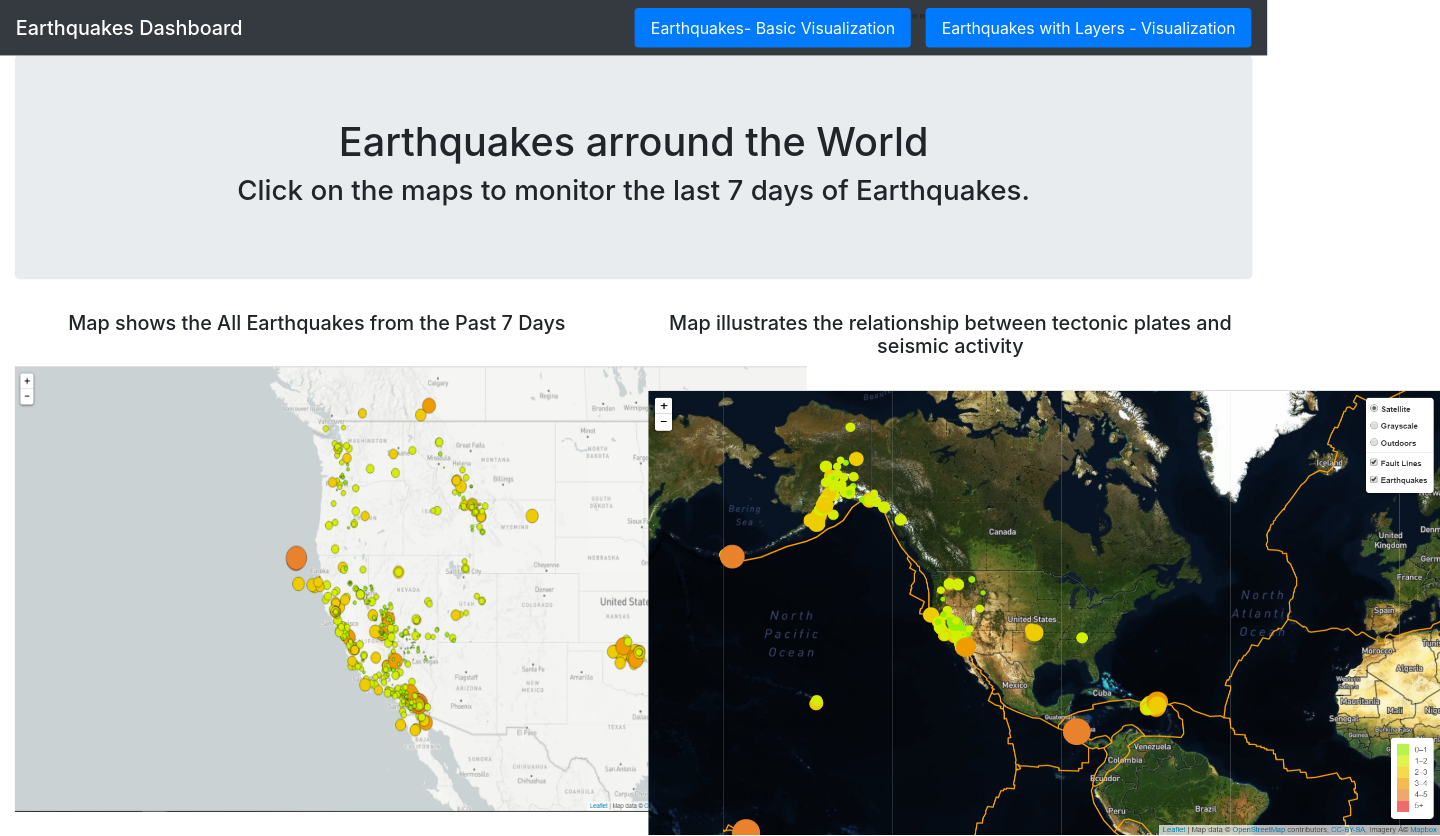
Repository: ermiasgelaye/leaflet-challenge
Page: index.html
An editor plug-in stored every save of this project. The page is shown before and after the next save, followed by the edit.
The browser window is 1280 px wide. The page is 1455 px wide, so the pictures cover 1455 px, including what lies to the right of the window. The pictures show the whole page, at 99% of full size.

Above is the page before, as saved 2020-09-18 22:47:54.

### index.html
<!DOCTYPE html>
<html lang="en">

<head>
    <meta charset="UTF-8" />
    <meta name="viewport" content="width=device-width, initial-scale=1.0" />
    <meta http-equiv="X-UA-Compatible" content="ie=edge" />
    <title>Earthquakes Dashboard</title>
    <link rel="stylesheet" href="https://stackpath.bootstrapcdn.com/bootstrap/4.3.1/css/bootstrap.min.css" integrity="sha384-ggOyR0iXCbMQv3Xipma34MD+dH/1fQ784/j6cY/iJTQUOhcWr7x9JvoRxT2MZw1T" crossorigin="anonymous" />

    <!-- jQuery library -->
    <script src="https://ajax.googleapis.com/ajax/libs/jquery/3.4.1/jquery.min.js"></script>
    <link rel="stylesheet" type="text/css" href="static/css/style.css" />
    <!-- Latest compiled JavaScript -->
    <script src="https://maxcdn.bootstrapcdn.com/bootstrap/4.3.1/js/bootstrap.min.js"></script>
</head>

<body>
    <nav class="navbar navbar-dark bg-dark size_hide">
        <a href="index.html"><span class="navbar-brand mb-0 h1 back_color"
          >Earthquakes Dashboard</span
        ></a
      >

      <ul class="nav nav-pills">
        <li class="nav-item">
          <a class="nav-link active" href="Leaflet-Step-1/step-1.html"
            >Earthquakes- Basic Visualization</a>
        </li>
        <a>""</a>
        <li class="nav-item">
          <a class="nav-link active" href="Leaflet-Step-2/step-2.html"
            >Earthquakes with Layers - Visualization</a
          >
        </li>
      </ul>
    </nav>
    <div  class="container-fluid">
      <div class="jumbotron text-center">

        <h1>Earthquakes arround the World</h1>
        <h3>
          Click on the maps to monitor the last 7 days of Earthquakes.
        </h3>
      </div>
      <div class="row">
        <div class="col-lg-6">
          <h5 style="text-align:center;"> Map shows the All Earthquakes from the Past 7 Days</h6>
          <br />
          <a href="Leaflet-Step-1/step-1.html"
            ><img
              src="images/2-BasicMap.png"
              alt="Mapping without Layers"
              width="800"
              height="450"
          /></a>
        </div>
        <div class="col-lg-6">
            <h5 style="text-align:center;">
                Map illustrates the relationship between tectonic plates and seismic activity
            </h6>
            <br />
            <a href="Leaflet-Step-2/step-2.html">
                <img src="images/5-Advanced.png" alt="Mapping with Layers" width="800" height="450" /></a>
        </div>
        </div>
        </div>
</body>

</html>

Loaded but not shown: static/css/style.css (common file)

After the next save:
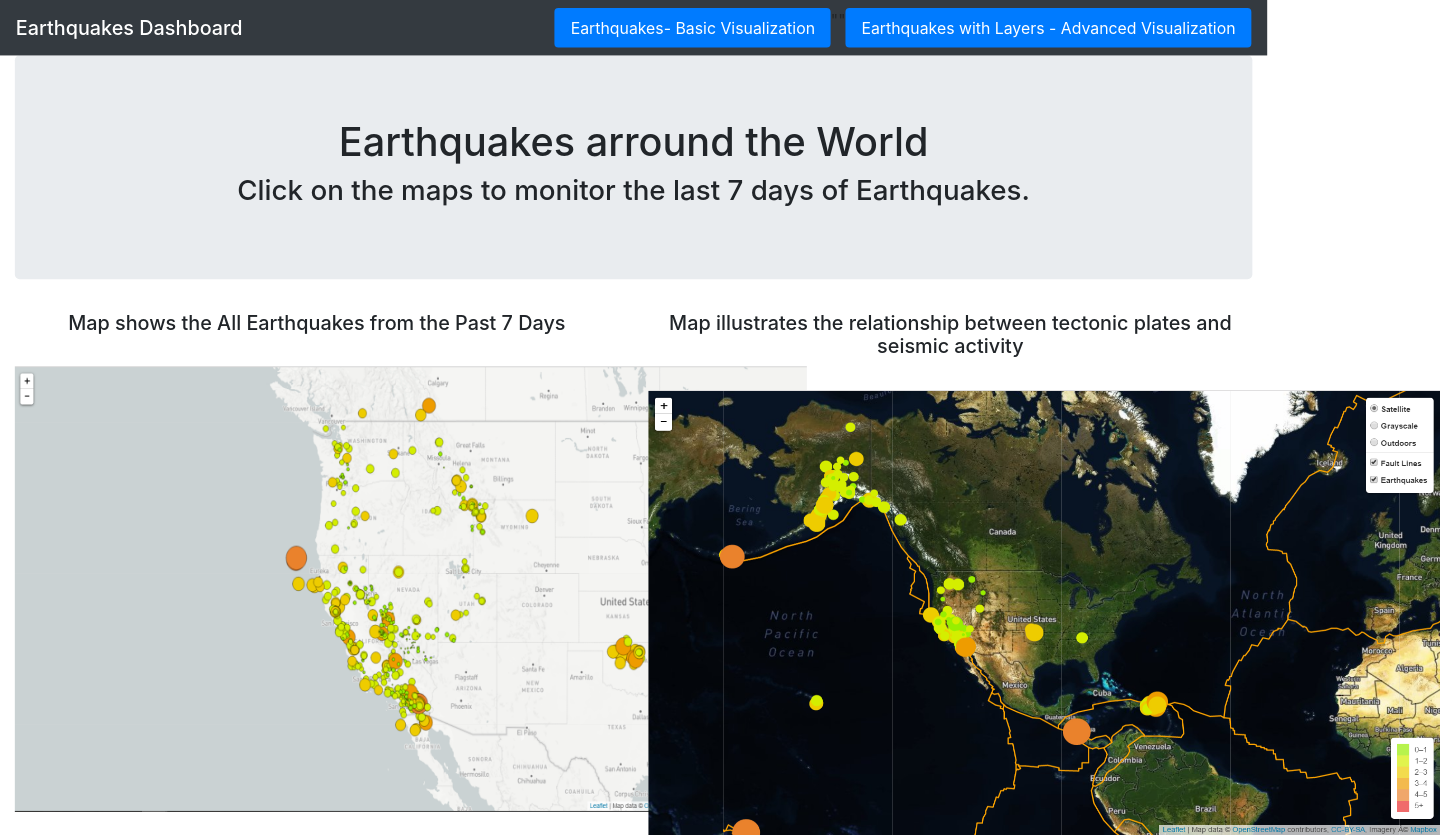
Saved 5 s later.
--- a/index.html
+++ b/index.html
@@ -30,7 +30,7 @@
         <a>""</a>
         <li class="nav-item">
           <a class="nav-link active" href="Leaflet-Step-2/step-2.html"
-            >Earthquakes with Layers - Visualization</a
+            >Earthquakes with Layers - Advanced Visualization</a
           >
         </li>
       </ul>
